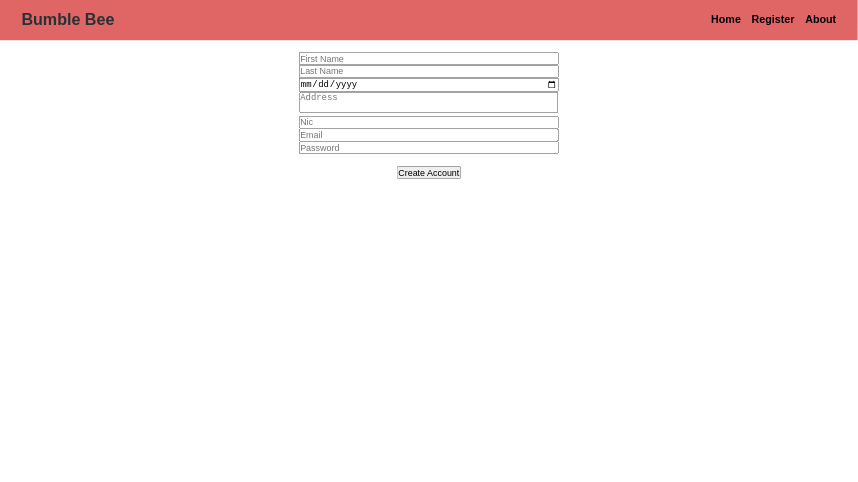
Repository: developerks611/Bumble-bee
Page: http://localhost/Bumble/add-customer.jsp
An editor plug-in stored every save of this project. The page is shown before and after the next save, followed by the edit.
The browser window is 1280 px wide. The pictures show the whole page, at 67% of full size.
The page is served by Tomcat 9.

Above is the page before, as saved 2023-02-28 03:44:36.

After the next save:
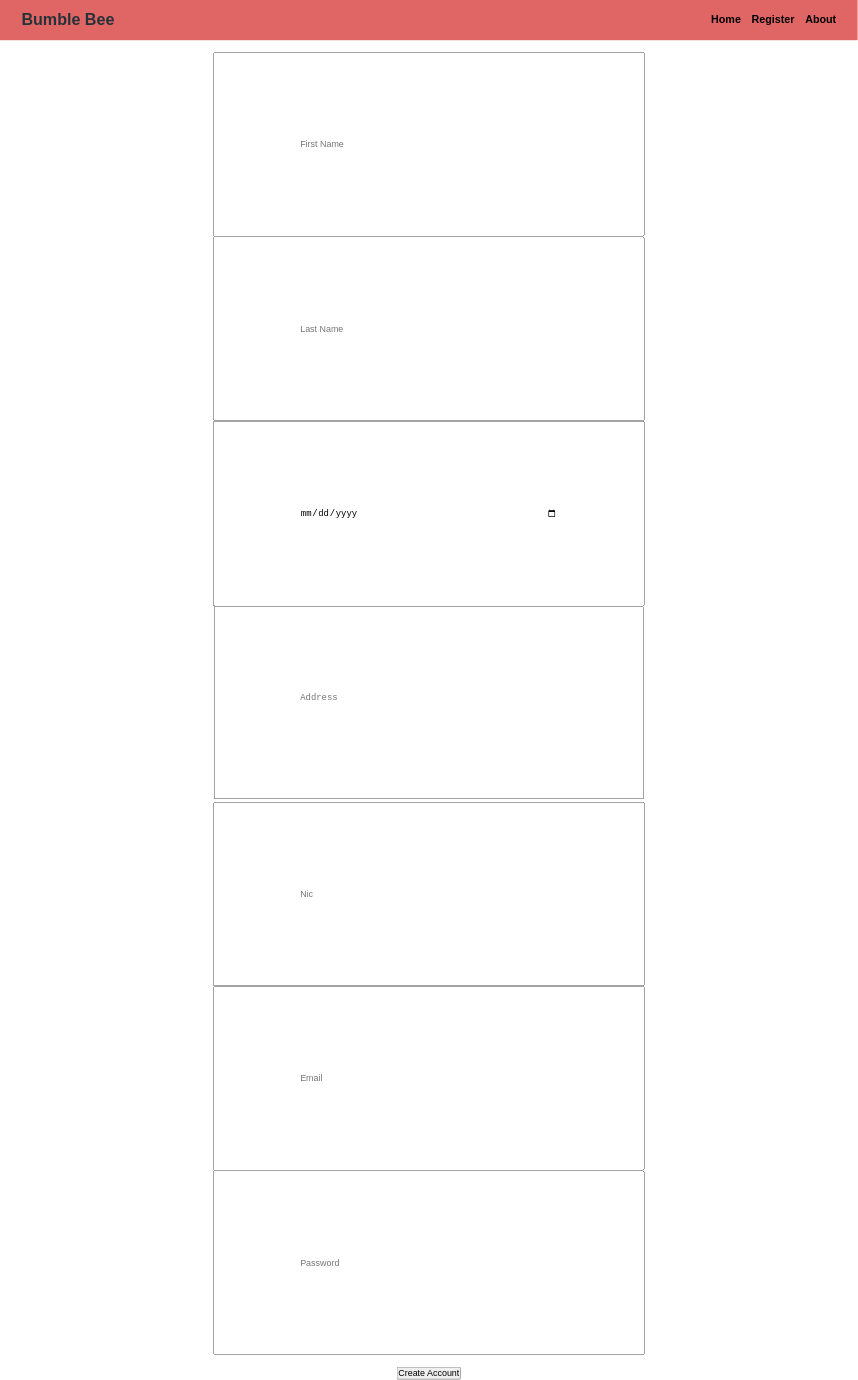
Saved 20 s later.
--- a/Bumble/src/main/webapp/add-customer.jsp
+++ b/Bumble/src/main/webapp/add-customer.jsp
@@ -51,6 +51,7 @@ nav a {
 
 	width:30%;
 	height:auto;
+	padding: 10%;
 }
 
 
